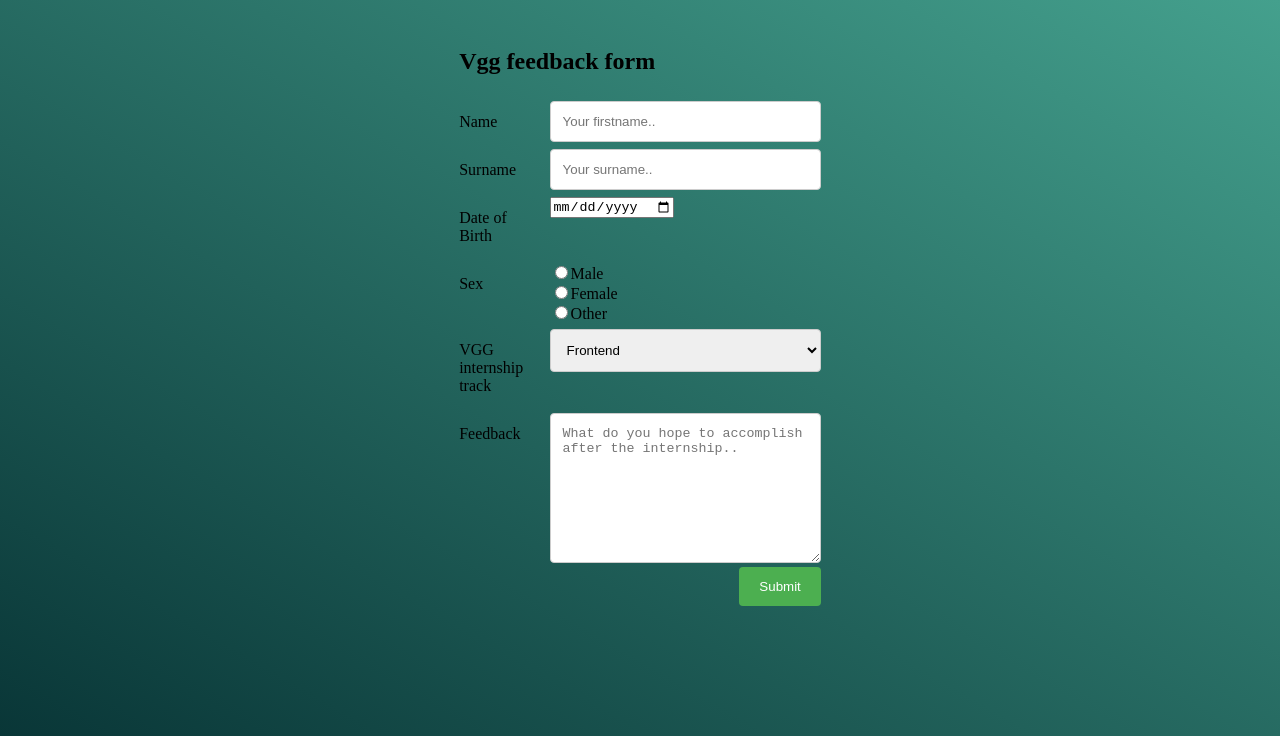
Repository: iphyokafor/VGG-Feedback-form
Page: index2.html
The author's editor kept a copy of each file at every save. The page is drawn from the files as they stood at one save, then again after the next save.
The browser window is 1280 px wide. The pictures show the whole page.

Above is the page before, as saved 2020-01-13 00:43:11.

### index2.html
<!DOCTYPE html>
<html lang="en">

<head>
    <meta charset="UTF-8">
    <meta name="viewport" content="width=device-width, initial-scale=1.0">
    <meta http-equiv="X-UA-Compatible" content="ie=edge">
    <title>VGG feedback form</title>
    <link rel="stylesheet" href="./main.css">
</head>

<body>
    <div class="container">
        <form>
            <h2 class="heading">Vgg feedback form</h2>
            <div class="row">
                <div class="col-25">
                    <label for="name">Name</label>
                </div>
                <div class="col-75">
                    <input type="text" class="txtinput" id="name" name="name" placeholder="Your firstname..">
                </div>
            </div>
            <div class="row">
                <div class="col-25">
                    <label for="surname">Surname</label>
                </div>
                <div class="col-75">
                    <input type="text" class="txtinput" id="surname" name="surname" placeholder="Your surname..">
                </div>
            </div>
            <div class="row">
                <div class="col-25">
                    <label for="dob">Date of Birth</label>
                </div>
                <div class="col-75">
                    <input type="date" id="date" name="date">
                </div>
            </div>
            <div class="row">
                <div class="col-25">
                    <label for="sex">Sex</label>
                </div>
                <div class="col-75">
                    <input type="radio" name="gender">Male<br>
                    <input type="radio" name="gender">Female<br>
                    <input type="radio" name="gender">Other
                </div>
            </div>
            <div class="row">
                <div class="col-25">
                    <label for="VGG internship">VGG internship track</label>
                </div>
                <div class="col-75">
                    <select id="VGG internship" name="VGG">
            <option value="frontend">Frontend</option>
            <option value="backend">Backend</option>
            <option value="ui/ux">UI/UX</option>
            <option value="software">Software Quality Assurance</option>
            <option value="devops">DevOps</option>
          </select>
                </div>
            </div>
            <div class="row">
                <div class="col-25">
                    <label for="feedback">Feedback</label>
                </div>
                <div class="col-75">
                    <textarea id="feedback" name="feedback" placeholder="What do you hope to accomplish after the internship.." style="height:150px"></textarea>
                </div>
            </div>
            <div class="row">
                <input type="submit" class="btn" value="Submit">
            </div>
        </form>
    </div>

</body>

</html>

### main.css
/* Style inputs, select elements and textareas */

body {
    display: flex;
    justify-content: center;
    flex-wrap: wrap;
    background: linear-gradient(to right top, #093637, #44A08D);
    background-repeat: no-repeat;
    height: 100vh;
}

.txtinput,
select,
textarea {
    width: 100%;
    padding: 12px;
    border: 1px solid #ccc;
    border-radius: 4px;
    box-sizing: border-box;
    resize: vertical;
}


/* Style the label to display next to the inputs */

label {
    padding: 12px 12px 12px 0;
    display: inline-block;
}


/* Style the submit button */

.btn {
    background-color: #4CAF50;
    color: white;
    padding: 12px 20px;
    border: none;
    border-radius: 4px;
    cursor: pointer;
    float: right;
    transition: all 1s;
}

.btn:hover {
    transform: scale(1.1);
}


/* Style the container */

.container {
    border-radius: 5px;
    /* background-color: #f2f2f2; */
    padding: 20px;
}


/* Floating column for labels: 25% width */

.col-25 {
    float: left;
    width: 25%;
    margin-top: 6px;
}


/* Floating column for inputs: 75% width */

.col-75 {
    float: left;
    width: 75%;
    margin-top: 6px;
}


/* Clear floats after the columns */

.row:after {
    content: "";
    display: table;
    clear: both;
}


/* Responsive layout - when the screen is less than 600px wide, make the two columns stack on top of each other instead of next to each other */

@media screen and (max-width: 600px) {
    .col-25,
    .col-75,
    input[type=submit] {
        width: 100%;
        margin-top: 0;
    }
}

After the next save:
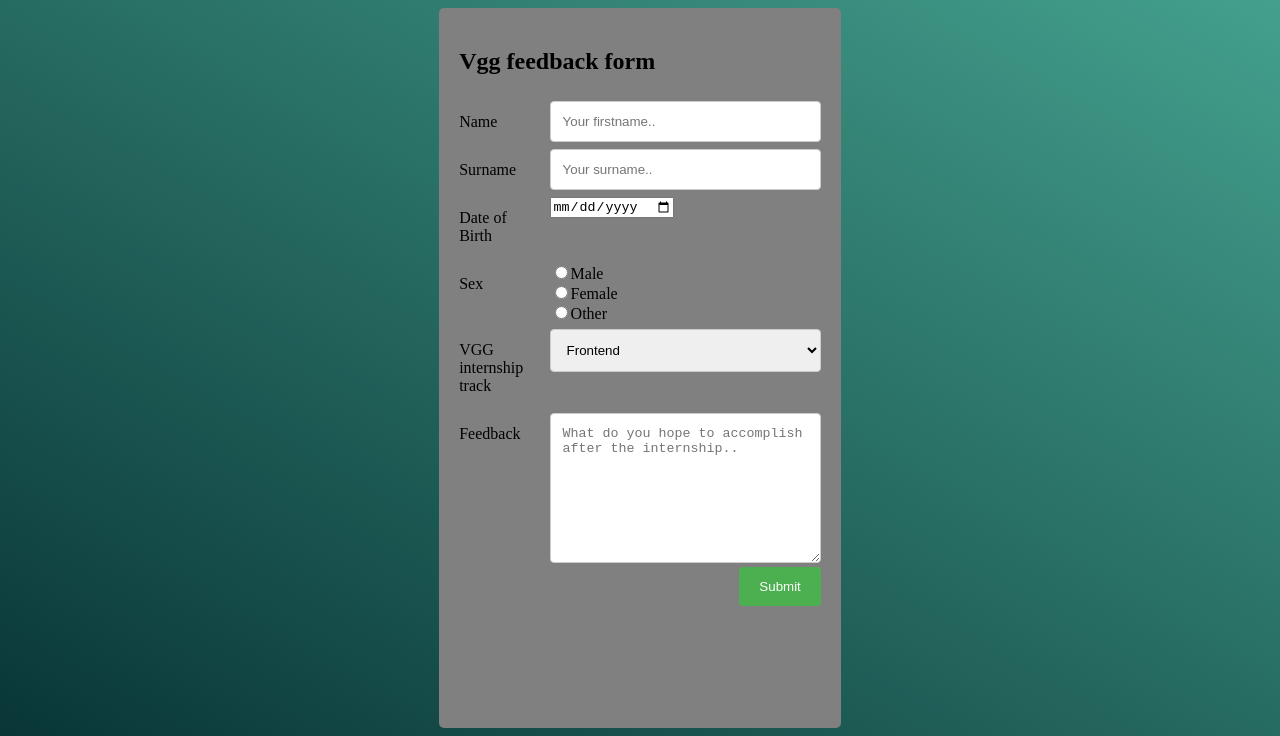
Saved 41 s later.
--- a/main.css
+++ b/main.css
@@ -51,7 +51,7 @@ label {
 
 .container {
     border-radius: 5px;
-    /* background-color: #f2f2f2; */
+    background-color: grey;
     padding: 20px;
 }
 
